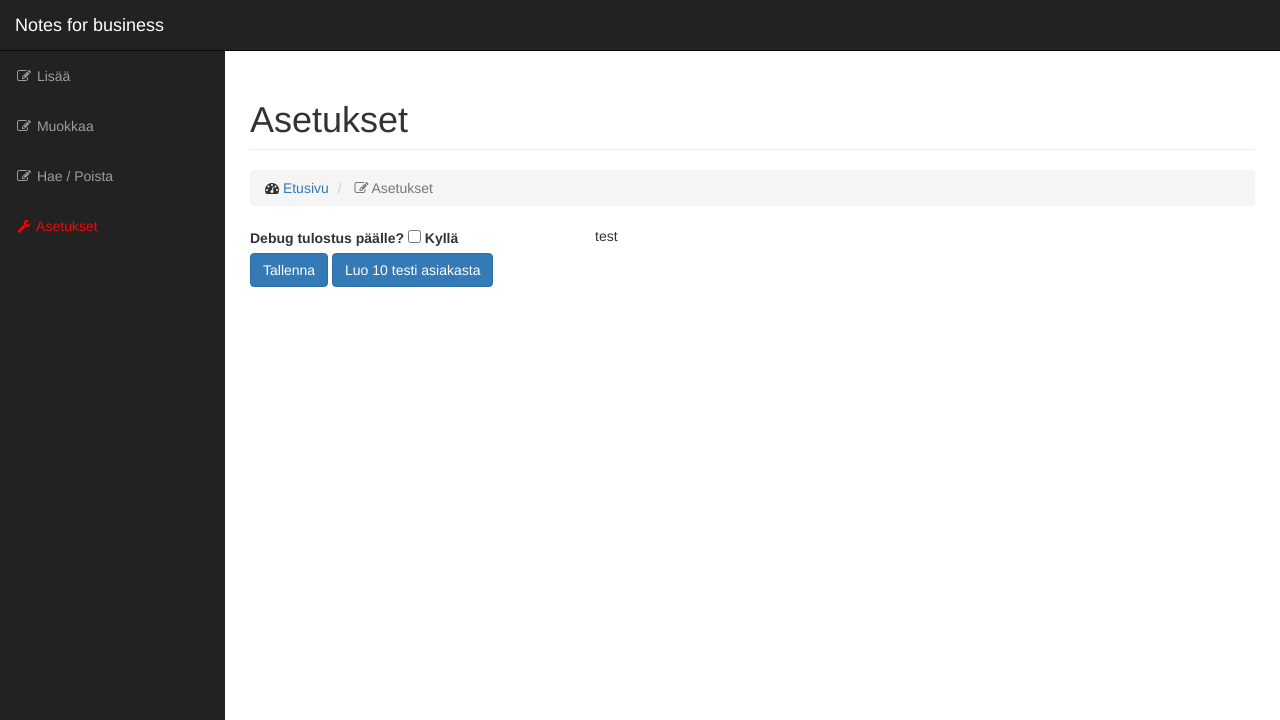
Repository: TommiKurjensalo/php
Page: http://localhost/asetukset.php
These files come from the project's save history. The page is drawn as it stood at one moment and after the next save; the edit follows.
The browser window is 1280 px wide. The pictures show the whole page.
The page is run by PHP 8.4 with error messages shown; the project is at /var/www/html/.

Above is the page before, as saved 2017-04-22 18:30:18.

After the next save:
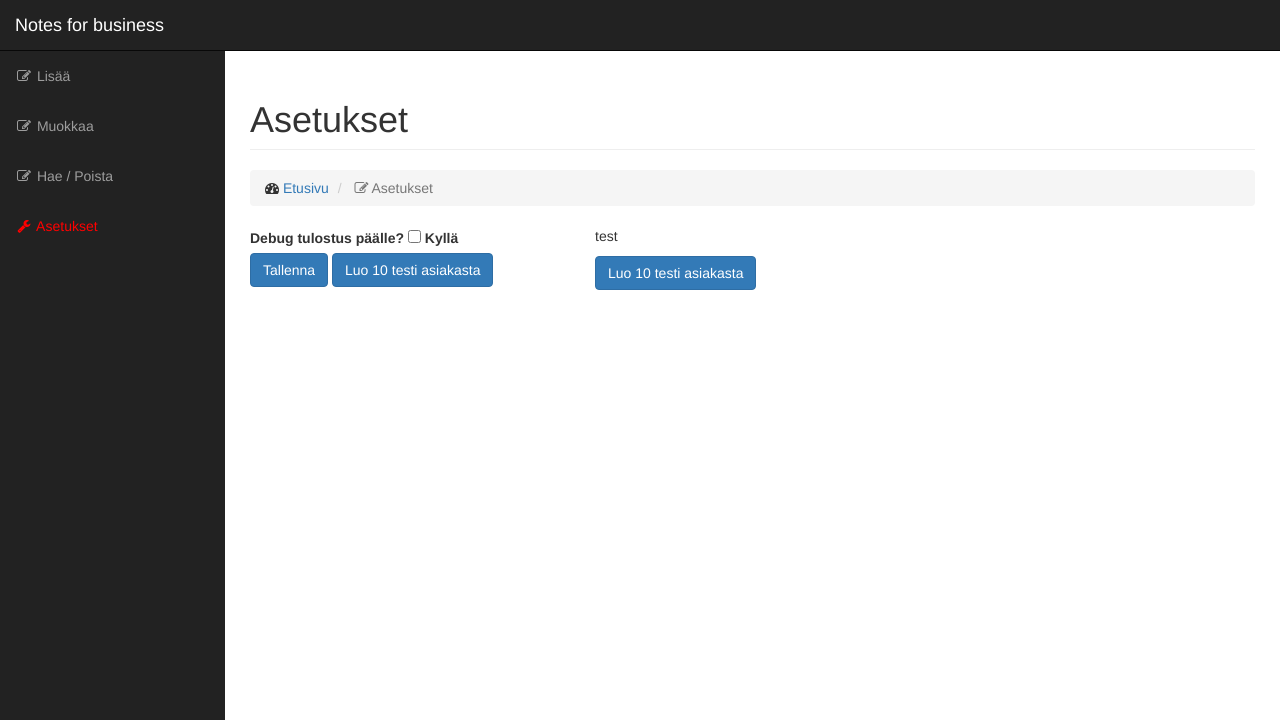
Saved 39 s later.
--- a/sivut/asetukset.php
+++ b/sivut/asetukset.php
@@ -188,7 +188,7 @@ if (isset($_POST["tallenna"])) {
                             		<input name="tallenna" type="submit" class="btn btn-primary px-2" value="Tallenna"/>
                  					<input name="luoTestiAsiakkaita" type="submit" class="btn btn-primary px-2" value="Luo 10 testi asiakasta"/>
 							</div> <!-- ./form-group -->
-						 </form>
+
 
 					</div> <!-- ./col-lg-4 -->
 
@@ -213,9 +213,14 @@ if (isset($_POST["tallenna"])) {
 								}
 							}
 							?>
+
+							<div class="form-group">
+                 					<input name="luoTestiAsiakkaita" type="submit" class="btn btn-primary px-2" value="Luo 10 testi asiakasta"/>
+							</div> <!-- ./form-group -->
+
 						</div> <!-- ./col-lg-4  luo testi asiakkaita -->
 
-
+                    </form>
                 </div>
                 <!-- /.row -->
 
